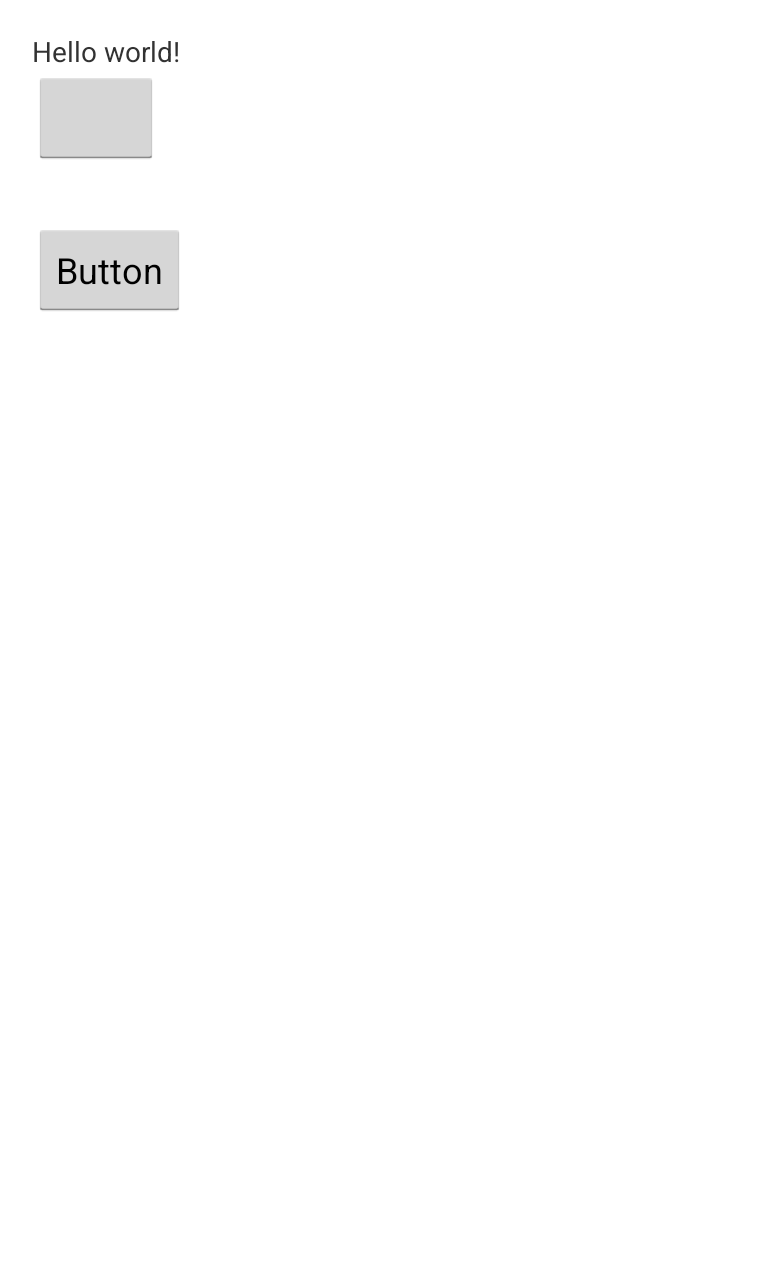
Repository: 729517723/AndroidProject
Layout: Activity_02_Intents/res/layout/other.xml
These files come from the project's save history. The layout is drawn as it stood at one moment and after the next save; the edit follows.
It is drawn on a 768 x 1280 px phone screen (xhdpi) without system bars, with theme AppTheme; the app's code is not run.

Above is the layout before, as saved 2016-08-15 14:48:14.

After the next save:
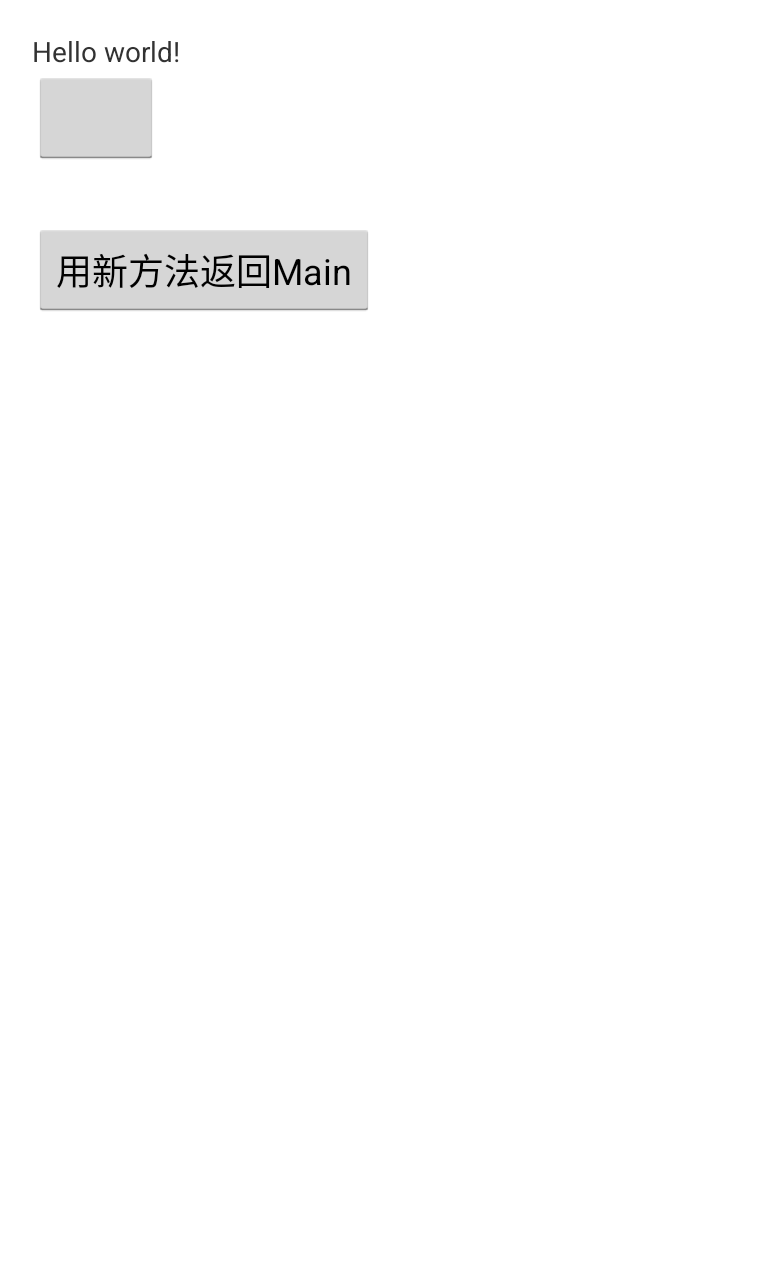
Saved 2 min 26 s later.
--- a/Activity_02_Intents/res/layout/other.xml
+++ b/Activity_02_Intents/res/layout/other.xml
@@ -27,7 +27,7 @@
         android:layout_height="wrap_content"
         android:layout_below="@+id/btn"
         android:layout_marginTop="28dp"
-        android:text="Button"
+        android:text="用新方法返回Main"
         android:onClick="OpenNew"/>
 
 </RelativeLayout>
